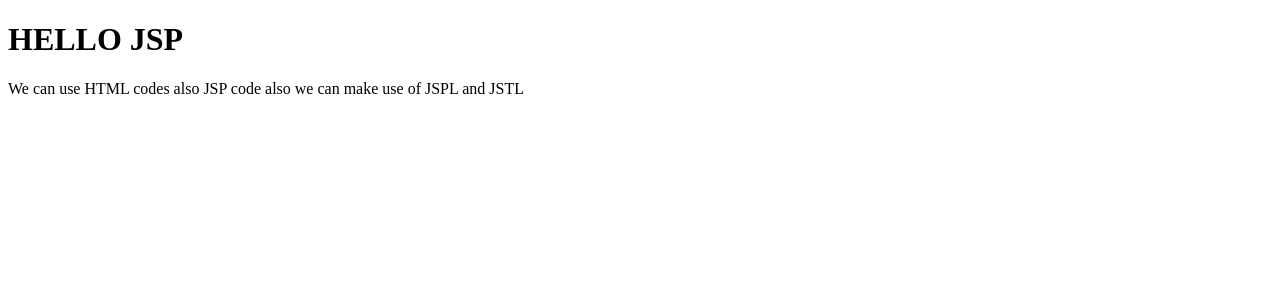
Repository: believemaster/JavaDynamicWeb-JSP
Page: http://localhost/Hello_JSP/Hello.jsp
These files come from the project's save history. The page is drawn as it stood at one moment and after the next save; the edit follows.
The browser window is 1280 px wide. The pictures show the whole page.
The page is served by Tomcat 9.

Above is the page before, as saved 2022-05-24 17:35:54.

After the next save:
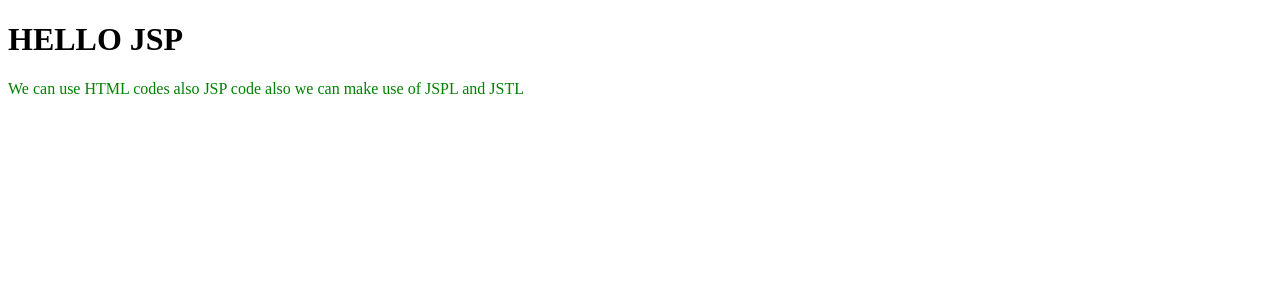
Saved 22 s later.
--- a/Hello JSP/src/main/webapp/Hello.jsp
+++ b/Hello JSP/src/main/webapp/Hello.jsp
@@ -13,6 +13,6 @@
 </head>
 <body>
 	<h1>HELLO JSP</h1>
-	<p>We can use HTML codes also JSP code also we can make use of JSPL and JSTL</p>
+	<p class="red">We can use HTML codes also JSP code also we can make use of JSPL and JSTL</p>
 </body>
 </html>

After the 6 saves that followed:
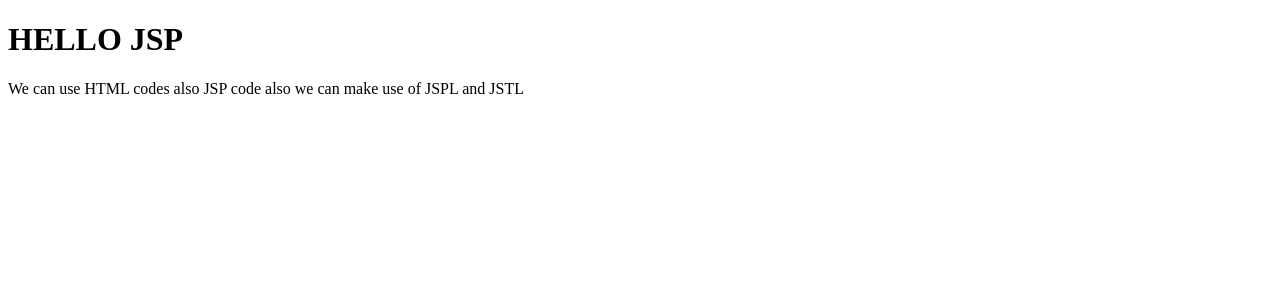
The 6 saves are shown as one change because 1 left the picture as it was and some came seconds apart.
The last was saved 46 s later.
--- a/Hello JSP/src/main/webapp/Hello.jsp
+++ b/Hello JSP/src/main/webapp/Hello.jsp
@@ -6,13 +6,13 @@
 <meta charset="UTF-8">
 <title>New JSP FILe</title>
 <style>
-.red {
-color: green;
+.green {
+color: sea-green;
 }
 </style>
 </head>
 <body>
 	<h1>HELLO JSP</h1>
-	<p class="red">We can use HTML codes also JSP code also we can make use of JSPL and JSTL</p>
+	<p class="green">We can use HTML codes also JSP code also we can make use of JSPL and JSTL</p>
 </body>
 </html>
